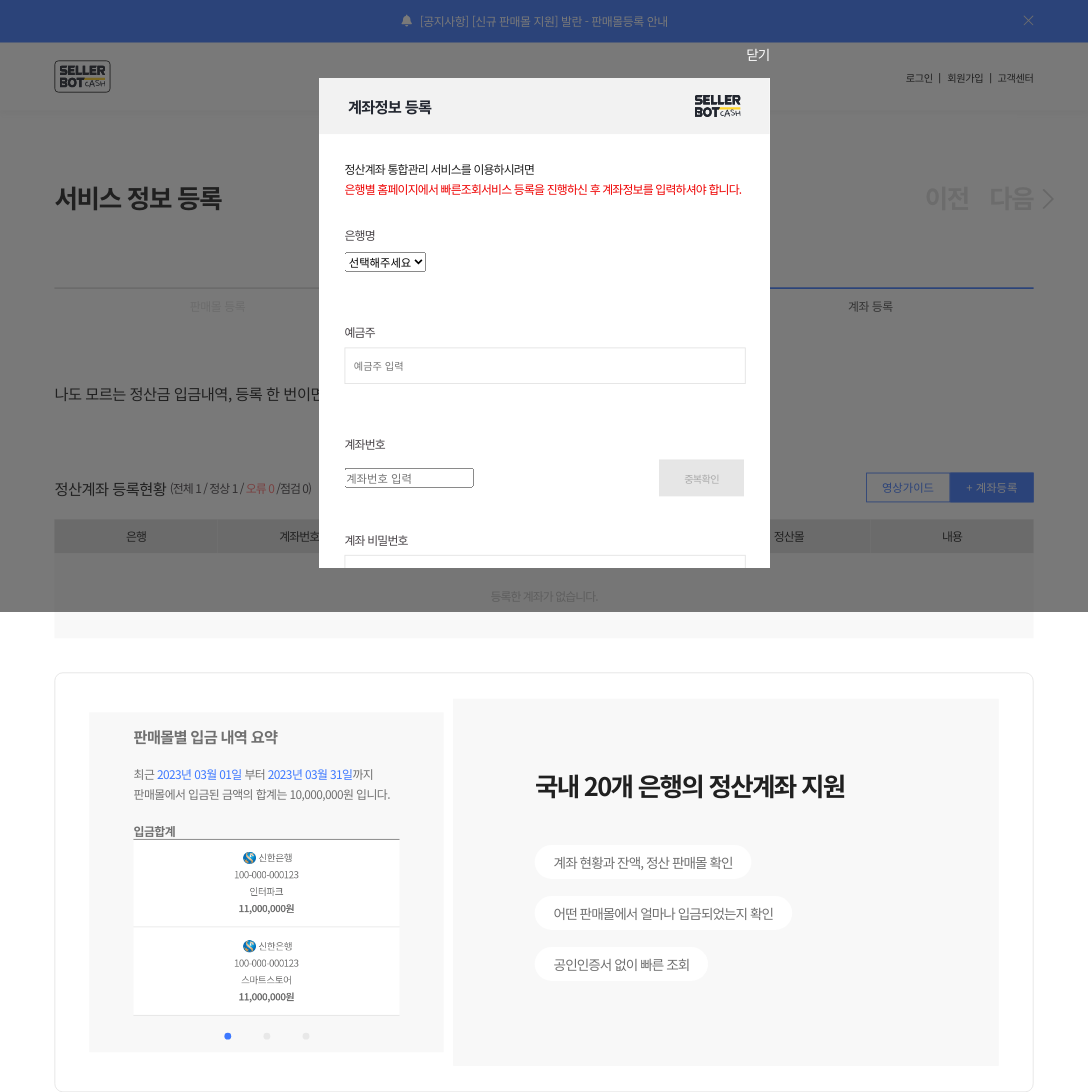
Repository: elemapfelr/ownServer
Page: test-server/web/sellerbot_signup/step_07.html
The author's editor kept a copy of each file at every save. The page is drawn from the files as they stood at one save, then again after the next save.
The browser window is 1280 px wide. The pictures show the whole page, at 85% of full size.
After loading, the first visible `#regAcc` was clicked once.
An inner scrolling area shows only its first screen. Some web libraries are served in a nearby version. The style sheet was rebuilt from its Sass, Less or Tailwind sources for each picture, by a compiler version that may differ from the author's.

Above is the page before, as saved 2023-03-15 10:59:45.

After the next save:
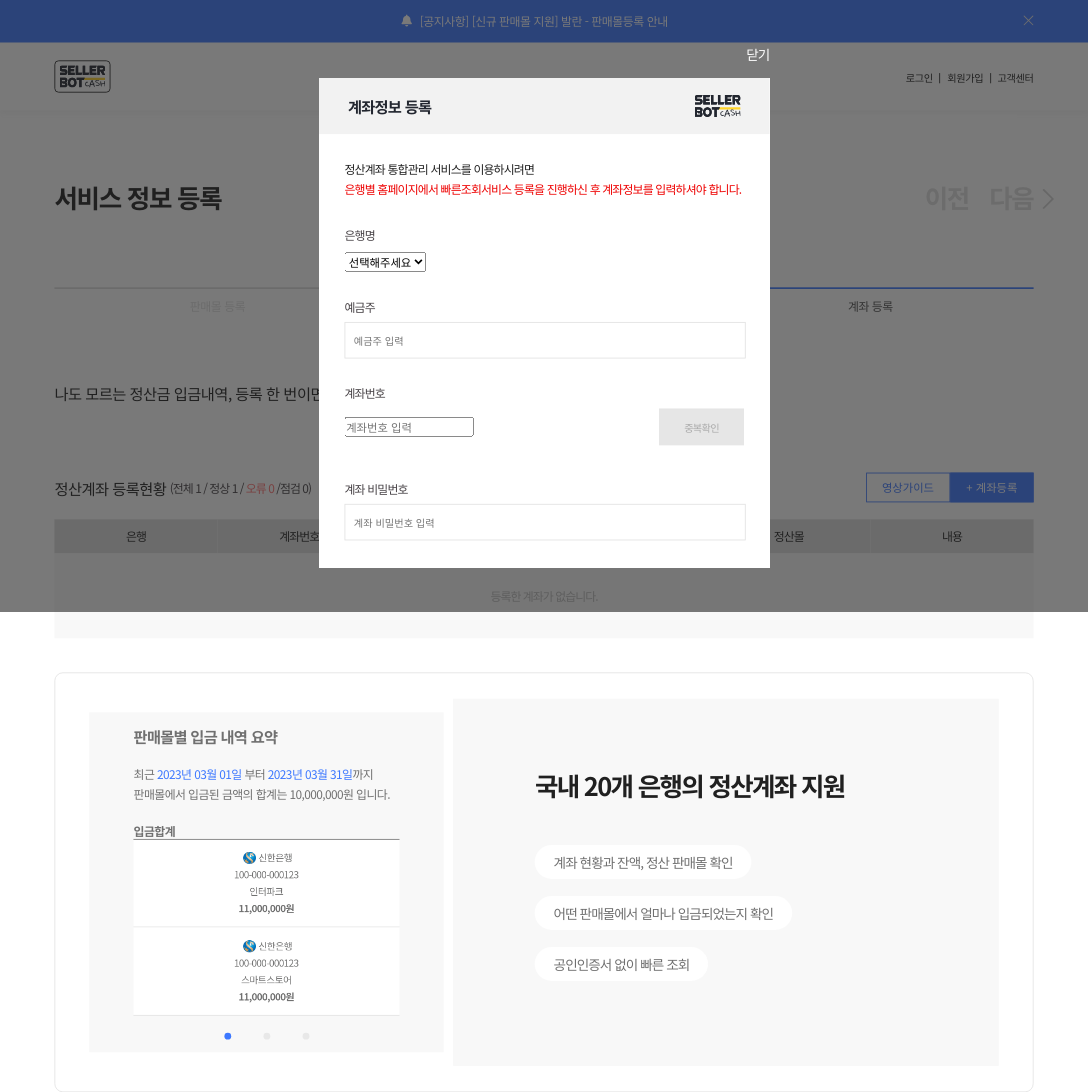
Saved 17 s later.
--- a/test-server/web/sellerbot_signup/css/scss/step_07.scss
+++ b/test-server/web/sellerbot_signup/css/scss/step_07.scss
@@ -296,7 +296,7 @@
             }
 
             .row {
-                margin-bottom: 60px;
+                margin-bottom: 30px;
 
                 input {
                     width: 100%;
